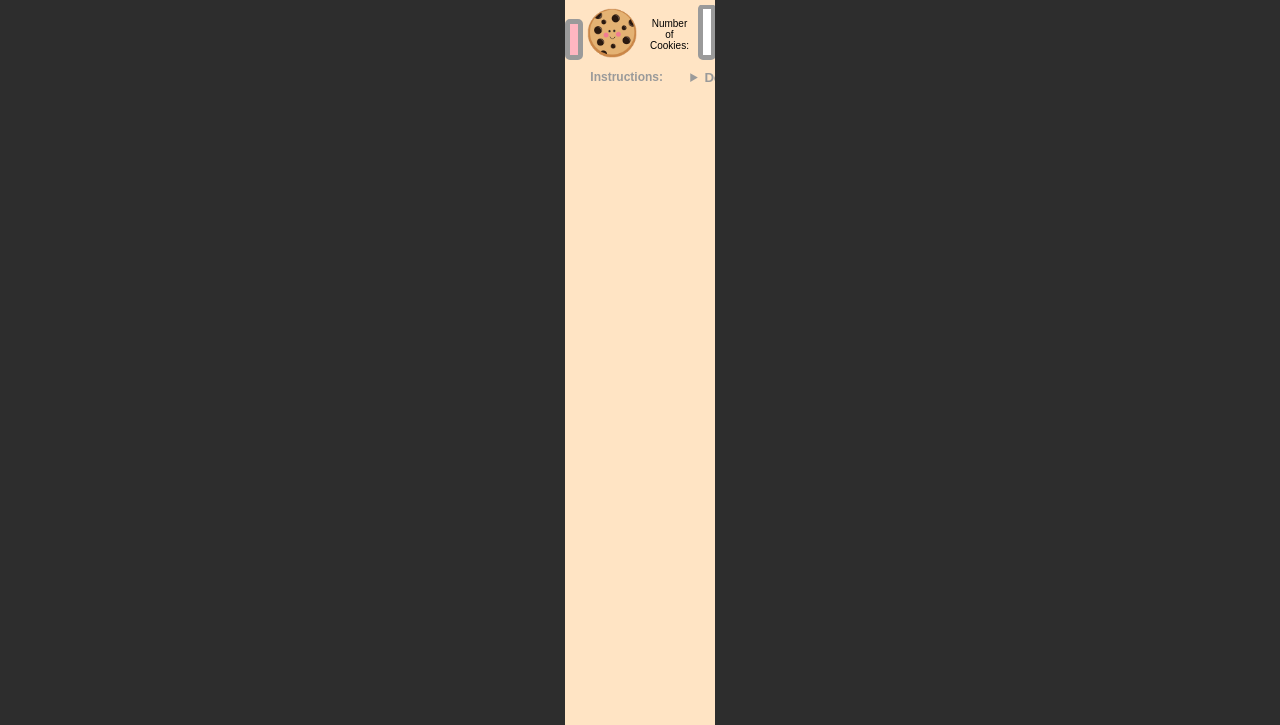
Repository: f00d4tehg0dz/elgato-streamdeck-cookie-clicker
Page: com.f00d4tehg0dz.cookieclicker.sdPlugin/cookieclicker.html
The author's editor kept a copy of each file at every save. The page is drawn from the files as they stood at one save, then again after the next save.
The browser window is 1280 px wide. The pictures show the whole page.

Above is the page before, as saved 2022-01-28 12:03:26.

After the next save:
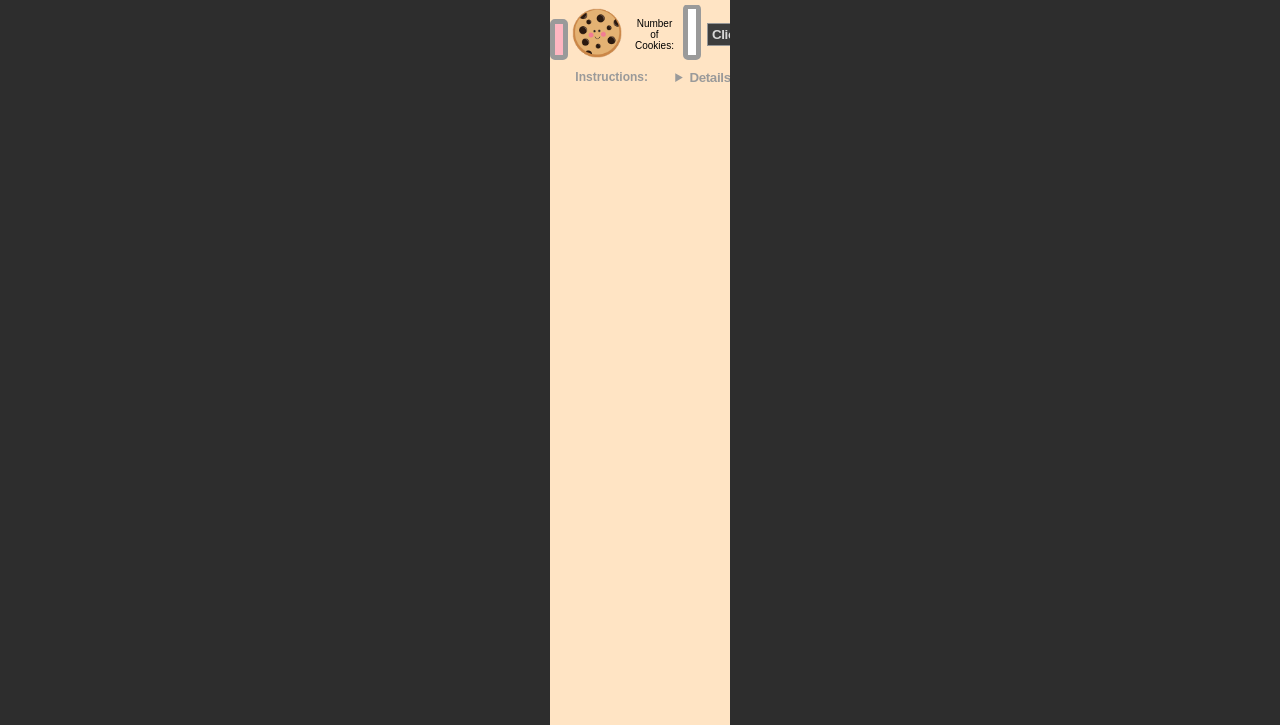
Saved 4 s later.
--- a/com.f00d4tehg0dz.cookieclicker.sdPlugin/css/styles.css
+++ b/com.f00d4tehg0dz.cookieclicker.sdPlugin/css/styles.css
@@ -4,7 +4,7 @@ body {
   background-color: bisque;
   margin: auto;
   text-align: center;
-  width:150px;
+  width:180px;
 }
 
 p {
